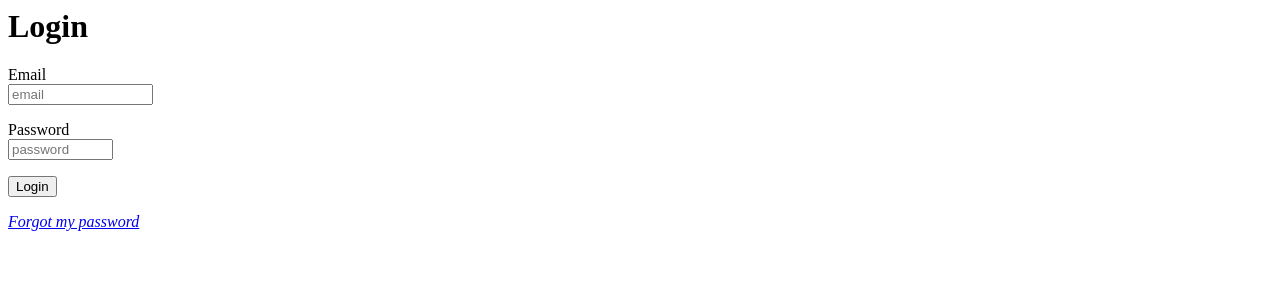
Repository: WillLiang918/Portfolio
Page: http://localhost/Task_Manager/login.jsp
An editor plug-in stored every save of this project. The page is shown before and after the next save, followed by the edit.
The browser window is 1280 px wide. The pictures show the whole page.
The page is served by Tomcat 9. Other server files are loaded and not shown.

Above is the page before, as saved 2015-07-22 19:29:46.

### Task_Manager/WebContent/login.jsp
<html>
<head>
<title>Login</title>
</head>

<body>
<h1>Login</h1>
<form action="UserLoginServlet" method="GET">
	<p>Email<br>
	<input type="text" name="email" placeholder="email" size="15" maxlength="20"/></p>
	<p>Password<br>
	<input type="password" name="password" placeholder="password" size="10" maxlength="20"/></p>
	<p>
		<input type="submit" name="submit" value="Login"/>
		<a href="ForgotPassword.jsp" title="AJAX!"><p><i>Forgot my password</i></p></a>
	</p>

</form>
</body>
</html>

After the next save:
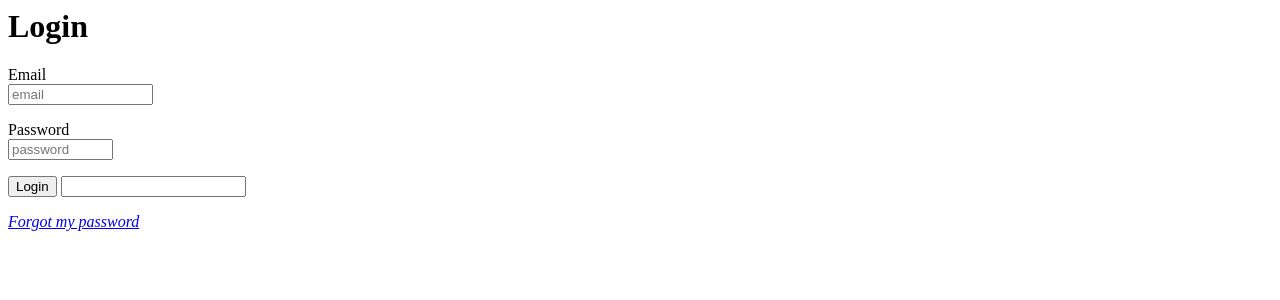
Saved 102 s later.
--- a/Task_Manager/WebContent/login.jsp
+++ b/Task_Manager/WebContent/login.jsp
@@ -12,6 +12,7 @@
 	<input type="password" name="password" placeholder="password" size="10" maxlength="20"/></p>
 	<p>
 		<input type="submit" name="submit" value="Login"/>
+		<input type="">
 		<a href="ForgotPassword.jsp" title="AJAX!"><p><i>Forgot my password</i></p></a>
 	</p>
 
